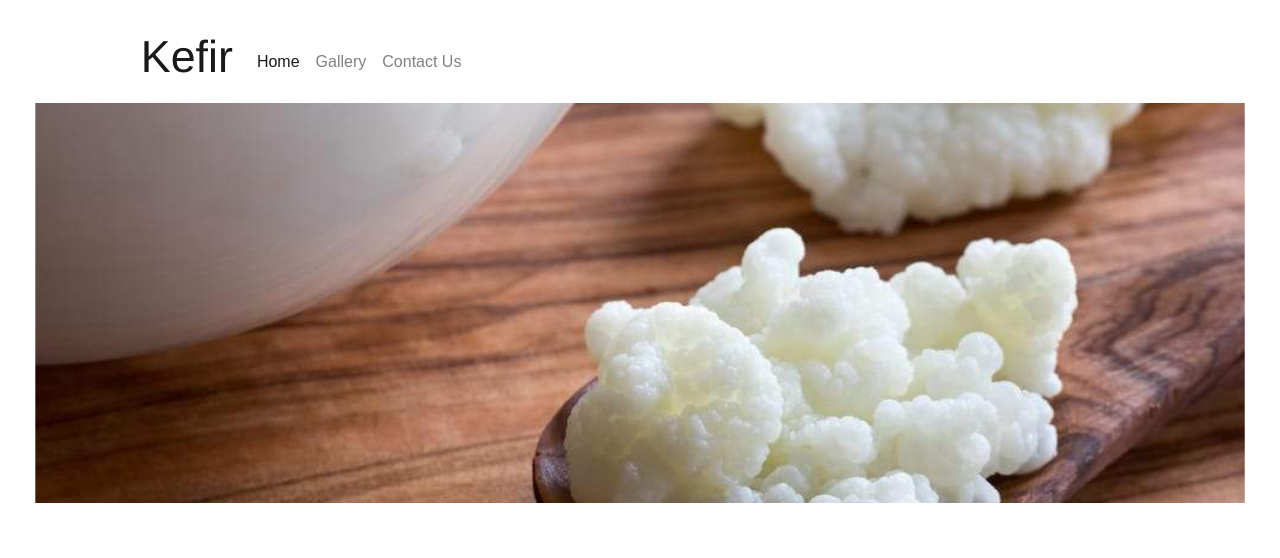
Repository: andna5980/kefir-web
Page: src/index.html
The author's editor kept a copy of each file at every save. The page is drawn from the files as they stood at one save, then again after the next save.
The browser window is 1280 px wide. The pictures show the whole page.
Some web fonts or font styles are not loaded; a fallback is used. Some web libraries are served in a nearby version.

Above is the page before, as saved 2021-02-27 13:15:07.

### src/index.html
<!DOCTYPE html>
<html lang="en-US">

<head>
    <meta charset="UTF-8">
    <meta name="viewport" content="width=device-width, initial-scale=1.0">
    <meta name="author" content="Andres Navarrete">
    <meta name="description"
        content="Kefir, meet the power of nature. Bring the right knowledge and the best recipes from mother nature">
    <meta name="keywords" content="Kefir, recipes, natural-products, home-made, organic, healthy">
    <title>KEFIR | MEET THE POWER OF NATURE</title>
    <link rel="stylesheet" href="https://cdn.jsdelivr.net/npm/bootstrap@4.5.3/dist/css/bootstrap.min.css"
        integrity="sha384-TX8t27EcRE3e/ihU7zmQxVncDAy5uIKz4rEkgIXeMed4M0jlfIDPvg6uqKI2xXr2" crossorigin="anonymous">
    <link rel="stylesheet" href="https://use.fontawesome.com/releases/v5.6.3/css/all.css"
        integrity="sha384-UHRtZLI+pbxtHCWp1t77Bi1L4ZtiqrqD80Kn4Z8NTSRyMA2Fd33n5dQ8lWUE00s/" crossorigin="anonymous">
    <link href="../src/assets/styles/style.css" rel="stylesheet">
</head>

<body>
    <!--------------------Main-Header-------------------------------------->
    <header>
        <nav class="navbar navbar-expand-md navbar-light" >
          <a class="navbar-brand" href="#">Kefir</a>
          <button class="navbar-toggler" type="button" data-toggle="collapse" data-target="#navbarNav" aria-controls="navbarNav" aria-expanded="false" aria-label="Toggle navigation">
            <span class="navbar-toggler-icon"></span>
          </button>
          <div class="collapse navbar-collapse" id="navbarNav">
            <ul class="navbar-nav">
              <li class="nav-item active">
                <a class="nav-link" href="#">Home <span class="sr-only">(current)</span></a>
              </li>
              <li class="nav-item">
                <a class="nav-link" href="#">Gallery</a>
              </li>
              <li class="nav-item">
                <a class="nav-link" href="#">Contact Us</a>
              </li>

            </ul>
          </div>
        </nav>













    </header>

    <!--------------------Hero-mage-------------------------------------->

    <div class="container-hero">
        <div class="hero-image col-12">

        </div>
    </div>


</body>

<script src="https://code.jquery.com/jquery-3.2.1.slim.min.js"
    integrity="sha384-KJ3o2DKtIkvYIK3UENzmM7KCkRr/rE9/Qpg6aAZGJwFDMVNA/GpGFF93hXpG5KkN"
    crossorigin="anonymous"></script>
<script src="https://cdnjs.cloudflare.com/ajax/libs/popper.js/1.12.9/umd/popper.min.js"
    integrity="sha384-ApNbgh9B+Y1QKtv3Rn7W3mgPxhU9K/ScQsAP7hUibX39j7fakFPskvXusvfa0b4Q"
    crossorigin="anonymous"></script>
<script src="https://maxcdn.bootstrapcdn.com/bootstrap/4.0.0/js/bootstrap.min.js"
    integrity="sha384-JZR6Spejh4U02d8jOt6vLEHfe/JQGiRRSQQxSfFWpi1MquVdAyjUar5+76PVCmYl"
    crossorigin="anonymous"></script>

</html>

### src/assets/styles/style.css
@import url('https://fonts.googleapis.com/css2?family=Amatic+SC&family=Caveat+Brush&display=swap');

.container {
    margin: 15px;
}


body {
    font-family: Arial, Helvetica, sans-serif;
    color: #2F4B58;
    max-width: 1500px;
}

h2 {
    font-family:  Caveat Brush, Helvetica, sans-serif;
    color: #2F4B58;
}

/*-----------------------Header ----------*/

.navbar-brand {
    float: left;
    color: #2F4B58;
    font-family:  Caveat Brush, Helvetica, sans-serif;
    font-size: 280%;
    margin-left: 10%;
    margin-top: 10px;
}

.navbar-nav {
    margin-top: 20px;

}

.navbar-toggler {
    border: 2px solid #2F4B58;
    color: #2F4B58;
}

.navbar-toggler.icon{

}






.menu a {
    text-decoration: none;
    color: #2F4B58;
}

.menu  {
list-style-type: none;
margin-right: 5%;
margin-top: 30px; /* CHAPUZA  */
word-spacing: 5px;
}

.menu ul {
    float:right;
    margin-left: 10px;
}

.menu li {
    list-style-type: none;
    display: inline-flex;
}


/*-----------------------Heeo-image ----------*/

.container-hero {
    height: 400px;
    overflow: hidden;
}

.hero-image {
    height: 400px;
    width: 100%;
    background: url(../images/milk-kefir-grains-spoon_1024x1024.jpg) no-repeat center;
    animation-name: hero-zoom;
    animation-duration: 4s;
    animation-fill-mode: forwards;
}

/*------Animation of the Hero image-------*/

@keyframes hero-zoom {
    from{
        transform: scale(1);
    }
    to{
        transform: scale(1.2);
    }
}

After the next save:
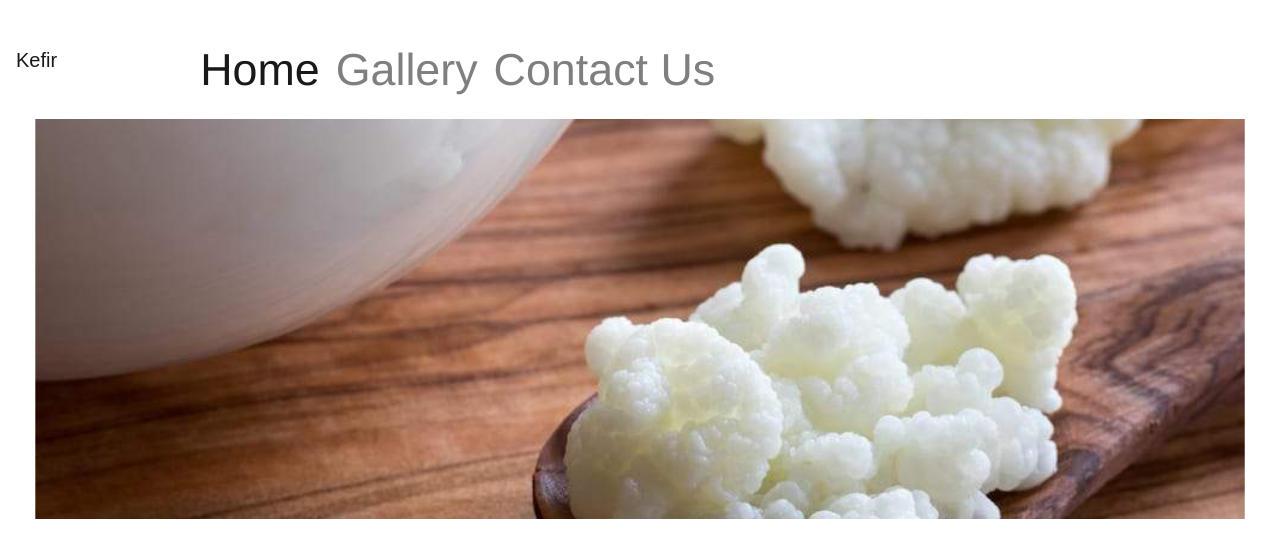
Saved 2 min 34 s later.
--- a/src/assets/styles/style.css
+++ b/src/assets/styles/style.css
@@ -18,7 +18,7 @@
 
 /*-----------------------Header ----------*/
 
-.navbar-brand {
+.navbar-nav {
     float: left;
     color: #2F4B58;
     font-family:  Caveat Brush, Helvetica, sans-serif;

After the save that followed:
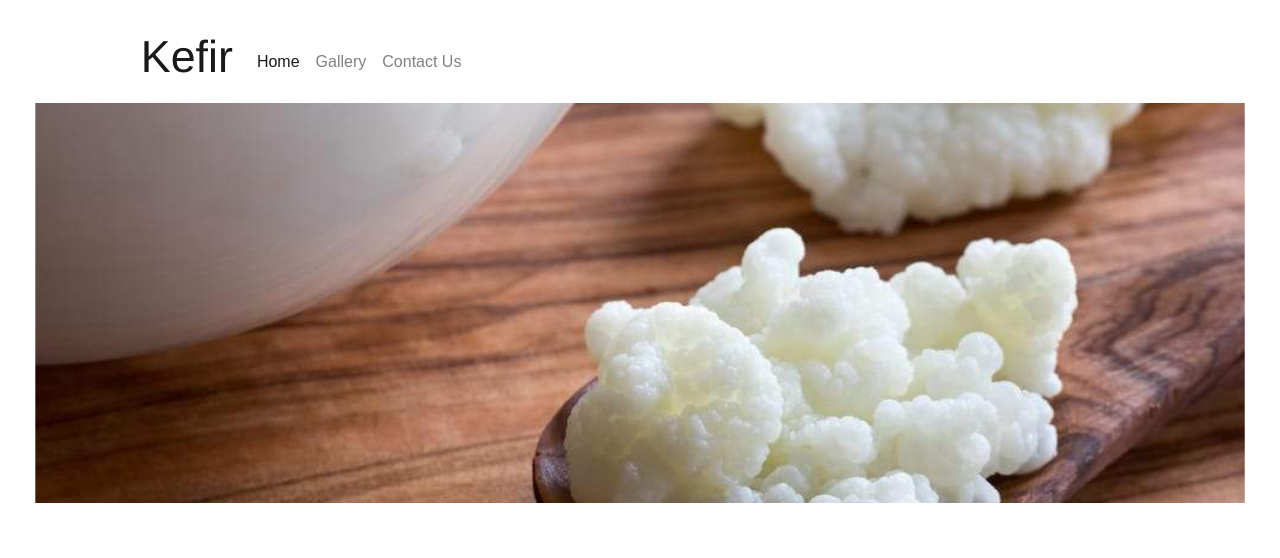
Saved 2 min 5 s later.
--- a/src/assets/styles/style.css
+++ b/src/assets/styles/style.css
@@ -18,7 +18,7 @@
 
 /*-----------------------Header ----------*/
 
-.navbar-nav {
+.navbar-brand {
     float: left;
     color: #2F4B58;
     font-family:  Caveat Brush, Helvetica, sans-serif;
